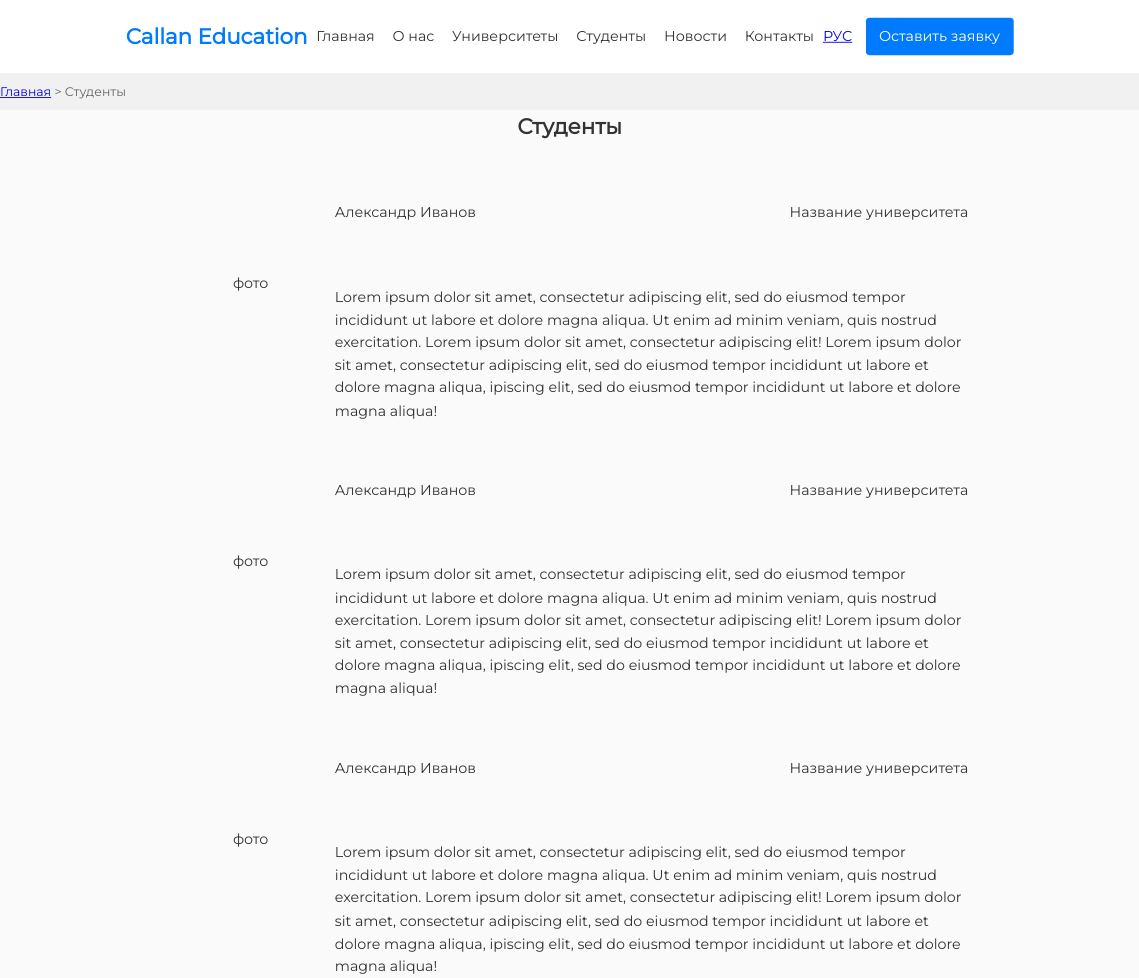
Repository: olyakorzh/Team-project-1
Page: assets/pages/students.html
An editor plug-in stored every save of this project. The page is shown before and after a run of saves, followed by the edit.
The browser window is 1280 px wide. The pictures show the whole page, at 89% of full size.

Above is the page before, as saved 2024-12-03 23:16:43.

### assets/pages/students.html
<!DOCTYPE html>
<html lang="ru">
<head>
    <meta charset="UTF-8">
    <meta name="viewport" content="width=device-width, initial-scale=1.0">
    <title>Студенты</title>
    <link rel="stylesheet" href="/assets/styles/students.css" />
</head>
<body>
    <header class="header">
        <div class="header__container">
          <div class="header__logo">Callan Education</div>
          <nav class="header__nav">
            <ul class="menu">
              <li class="menu__item">
                <a href="#" class="menu__link">Главная</a>
              </li>
              <li class="menu__item"><a href="#" class="menu__link">О нас</a></li>
              <li class="menu__item">
                <a href="#" class="menu__link">Университеты</a>
              </li>
              <li class="menu__item">
                <a href="#" class="menu__link">Студенты</a>
              </li>
              <li class="menu__item">
                <a href="#" class="menu__link">Новости</a>
              </li>
              <li class="menu__item">
                <a href="#" class="menu__link">Контакты</a>
              </li>
            </ul>
          </nav>
          <div class="header__actions">
            <a href="#" class="header__language">РУС</a>
            <a href="#" class="header__button">Оставить заявку</a>
          </div>
        </div>
      </header>
      <main>
        <section class="breadcrumbs">
            <div class="breadcrumbs__container">
              <a href="#" class="breadcrumbs__link">Главная</a> >
              <span class="breadcrumbs__current">Студенты</span>
            </div>
          </section>
          <h2>Студенты</h2>
          <div class="basic">
          <div class="containerstudent">
          <div class="block_foto">фото</div>
          <div class="block1">Александр Иванов</div>
          <div class="block2">Название университета</div>
          <div class="block3">Lorem ipsum dolor sit amet, consectetur adipiscing elit, sed do eiusmod tempor incididunt ut labore et dolore magna aliqua. Ut enim ad minim veniam, quis nostrud exercitation. Lorem ipsum dolor sit amet, consectetur adipiscing elit! Lorem ipsum dolor sit amet, consectetur adipiscing elit, sed do eiusmod tempor incididunt ut labore et dolore magna aliqua, ipiscing elit, sed do eiusmod tempor incididunt ut labore et dolore magna aliqua!</div>
         </div>
        </div>
        <div class="basic">
          <div class="containerstudent">
          <div class="block_foto">фото</div>
          <div class="block1">Александр Иванов</div>
          <div class="block2">Название университета</div>
          <div class="block3">Lorem ipsum dolor sit amet, consectetur adipiscing elit, sed do eiusmod tempor incididunt ut labore et dolore magna aliqua. Ut enim ad minim veniam, quis nostrud exercitation. Lorem ipsum dolor sit amet, consectetur adipiscing elit! Lorem ipsum dolor sit amet, consectetur adipiscing elit, sed do eiusmod tempor incididunt ut labore et dolore magna aliqua, ipiscing elit, sed do eiusmod tempor incididunt ut labore et dolore magna aliqua!</div>
         </div>
        </div>
        <div class="basic">
          <div class="containerstudent">
          <div class="block_foto">фото</div>
          <div class="block1">Александр Иванов</div>
          <div class="block2">Название университета</div>
          <div class="block3">Lorem ipsum dolor sit amet, consectetur adipiscing elit, sed do eiusmod tempor incididunt ut labore et dolore magna aliqua. Ut enim ad minim veniam, quis nostrud exercitation. Lorem ipsum dolor sit amet, consectetur adipiscing elit! Lorem ipsum dolor sit amet, consectetur adipiscing elit, sed do eiusmod tempor incididunt ut labore et dolore magna aliqua, ipiscing elit, sed do eiusmod tempor incididunt ut labore et dolore magna aliqua!</div>
         </div>
        </div>
        </main>
</body>
</html>

### assets/styles/students.css
@font-face {
    font-family: "Montserrat";
    src: url("../fonts/Montserrat/static/Montserrat-Regular.ttf")
      format("truetype");
    font-weight: normal;
    font-style: normal;
  }

  * {
    margin: 0;
    padding: 0;
    box-sizing: border-box;
  }

  body {
    font-family: Montserrat, sans-serif;
    font-size: 16px;
    line-height: 1.6;
    color: #333;
    background-color: #f9f9f9b8;
  }

  .container {
    width: 90%;
    max-width: 1200px;
    margin: 0 auto;
  }

  .header {
    background-color: #fff;
    box-shadow: 0 2px 5px rgba(0, 0, 0, 0.1);
    padding: 20px 0;
  }

  .header__container {
    display: flex;
    align-items: center;
    justify-content: center;
  }

  .header__logo {
    font-size: 24px;
    font-weight: bold;
    color: #007bff;
  }

  .header__nav .menu {
    display: flex;
    list-style: none;
  }

  .menu__item {
    margin: 0 10px;
  }

  .menu__link {
    text-decoration: none;
    color: #333;
    font-weight: 500;
    transition: color 0.3s ease;
  }

  .menu__link:hover {
    color: #007bff;
  }

  .header__actions {
    display: flex;
    align-items: center;
    gap: 15px;
  }

  .header__button {
    padding: 8px 15px;
    background-color: #007bff;
    color: #fff;
    text-decoration: none;
    border-radius: 4px;
    transition: background-color 0.3s ease;
  }

  .header__button:hover {
    background-color: #0056b3;
  }
  .breadcrumbs {
    background-color: #f1f1f1;
    padding: 10px 0;
    font-size: 14px;
    color: #666;
  }

  .breadcrumbs__container {
    text-align: left;
  }
  .containerstudent{
    display: grid;
    grid-template-columns: 20% 1fr 1fr;
    grid-template-rows: 1fr 1fr;
    gap: 5px 5px;
    align-items: center;
    width: 70%;
    margin-top: ;
  }
  .block_foto{
    display: grid;
    grid-row-start: 1;
    grid-row-end: 3;
    justify-items: center;

  }
  .block3{
    grid-column-end: span 2;
  }
  .block1{
    display: grid;
    text-align: left;
  }
  .block2{
    align-content: center;
    text-align: right;
  }
h2{
  display: grid;
  justify-content: center;
}
.basic{
justify-items: center;
}

After the next 2 saves:
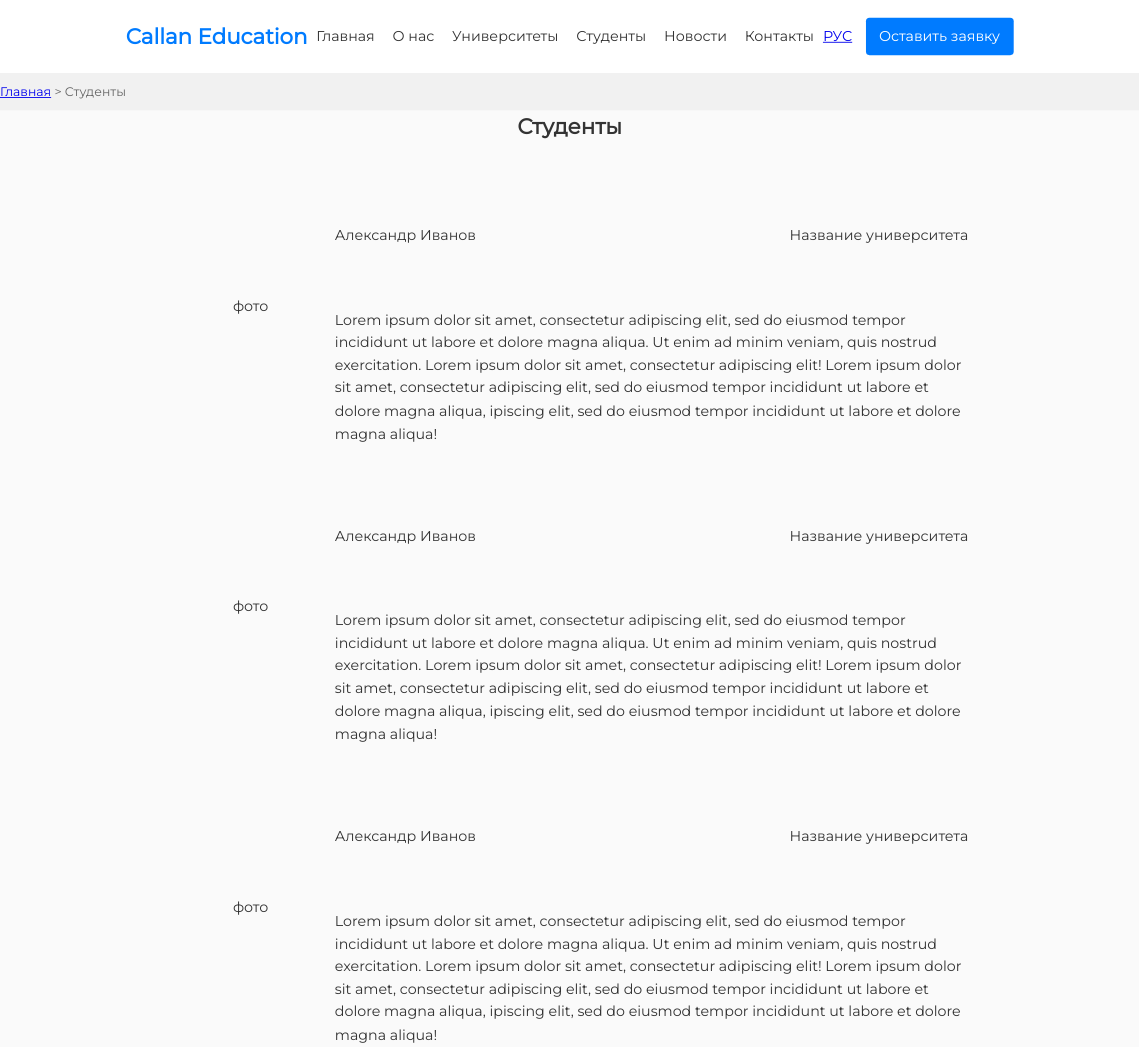
The 2 saves are shown as one change because they came seconds apart.
The last was saved 11 s later.
--- a/assets/styles/students.css
+++ b/assets/styles/students.css
@@ -99,7 +99,7 @@
     gap: 5px 5px;
     align-items: center;
     width: 70%;
-    margin-top: ;
+    margin-top: 2%;
   }
   .block_foto{
     display: grid;
